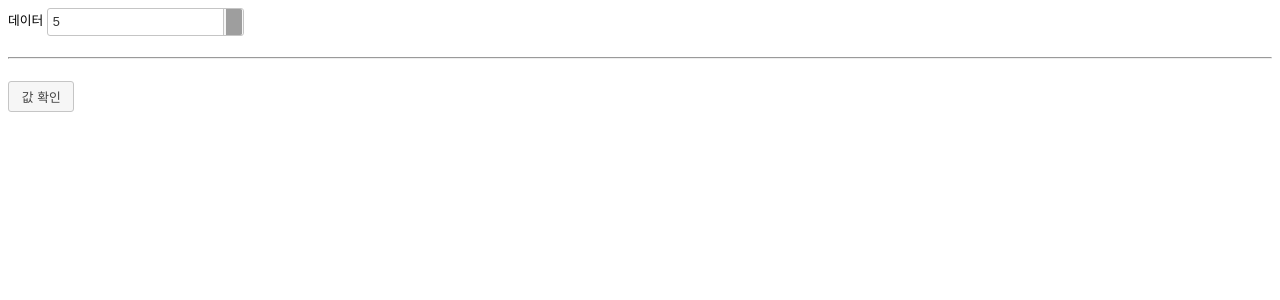
Repository: KYJIN1024/kic_jquery
Page: http://localhost/jQueryUIEx03/zipcode02.jsp
These files come from the project's save history. The page is drawn as it stood at one moment and after the next save; the edit follows.
The browser window is 1280 px wide. The pictures show the whole page.
Pictures or frames that could not be fetched are drawn as grey boxes. The page is served by Tomcat 9. Other server files are loaded and not shown.

Above is the page before, as saved 2023-05-17 03:21:31.

### jQueryUIEx03/src/main/webapp/zipcode02.jsp
<%@ page language="java" contentType="text/html; charset=UTF-8"
    pageEncoding="UTF-8"%>
<!DOCTYPE html>
<html>
<head>
<meta charset="UTF-8">
<title></title>
<link rel="stylesheet" href="./css/base/jquery-ui.css" />
<style>
	/* 사용자 스타일 */
	body { font-size: 80%; }
</style>

<script src="./js/jquery-3.7.0.js"> </script>
<script src="./js/jquery-ui.js"> </script>
<script>
	$( document ).ready( function(){
		 $( '#spinner').spinner({
			 min:5,
			 max:250,
			 step: 25
		 });
		 $('#btn').button().on( 'click', function(){
			 console.log( $( '#spinner').spinner( 'value' ) );
		 	});
		});

</script>
</head>
<body>

<div>
	<label for="spinner">데이터</label>
	<input type="text" id="spinner" value="5" readonly="readonly" />
</div>
<br /><hr /><br />
<button id="btn">값 확인 </button>

</body>
</html>

Loaded but not shown: jQueryUIEx03/src/main/webapp/css/base/jquery-ui.css (library); jQueryUIEx03/src/main/webapp/js/jquery-3.7.0.js (library); jQueryUIEx03/src/main/webapp/js/jquery-ui.js (library)

After the next save:
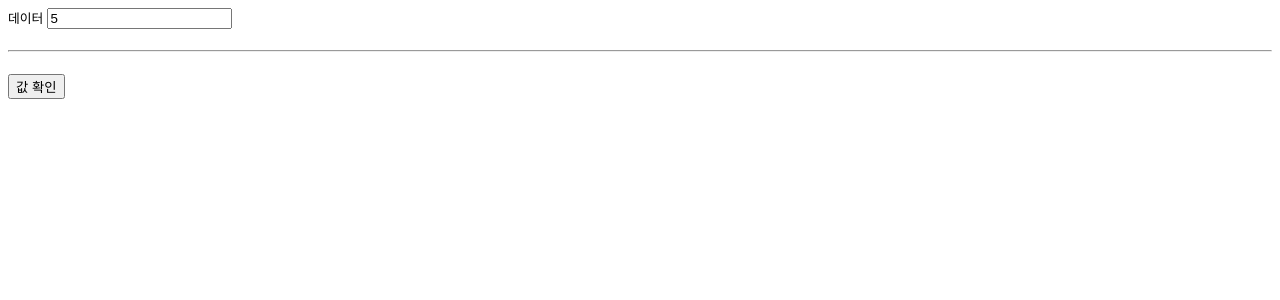
Console error: SyntaxError: Unexpected identifier 'spin'
Saved 81 s later.
--- a/jQueryUIEx03/src/main/webapp/zipcode02.jsp
+++ b/jQueryUIEx03/src/main/webapp/zipcode02.jsp
@@ -19,6 +19,9 @@
 			 min:5,
 			 max:250,
 			 step: 25
+			 spin: function(){
+				 console.log( $(this).spinner( 'value' ) );
+			}
 		 });
 		 $('#btn').button().on( 'click', function(){
 			 console.log( $( '#spinner').spinner( 'value' ) );

After the save that followed:
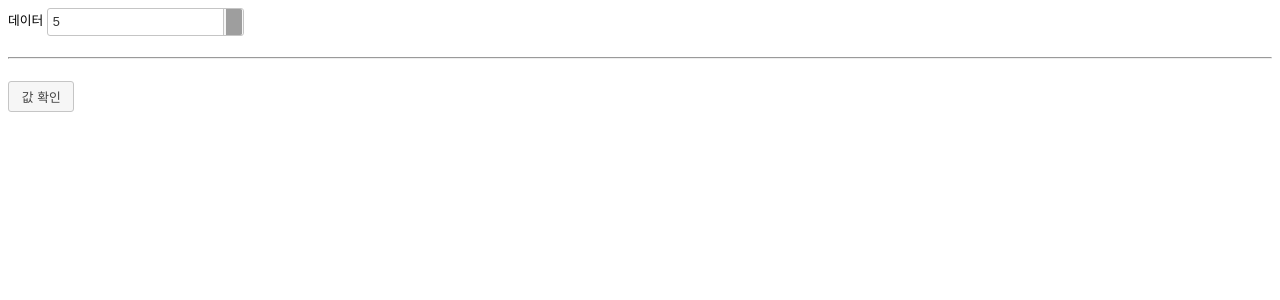
The error is gone.
Saved 22 s later.
--- a/jQueryUIEx03/src/main/webapp/zipcode02.jsp
+++ b/jQueryUIEx03/src/main/webapp/zipcode02.jsp
@@ -18,7 +18,7 @@
 		 $( '#spinner').spinner({
 			 min:5,
 			 max:250,
-			 step: 25
+			 step: 25,
 			 spin: function(){
 				 console.log( $(this).spinner( 'value' ) );
 			}
